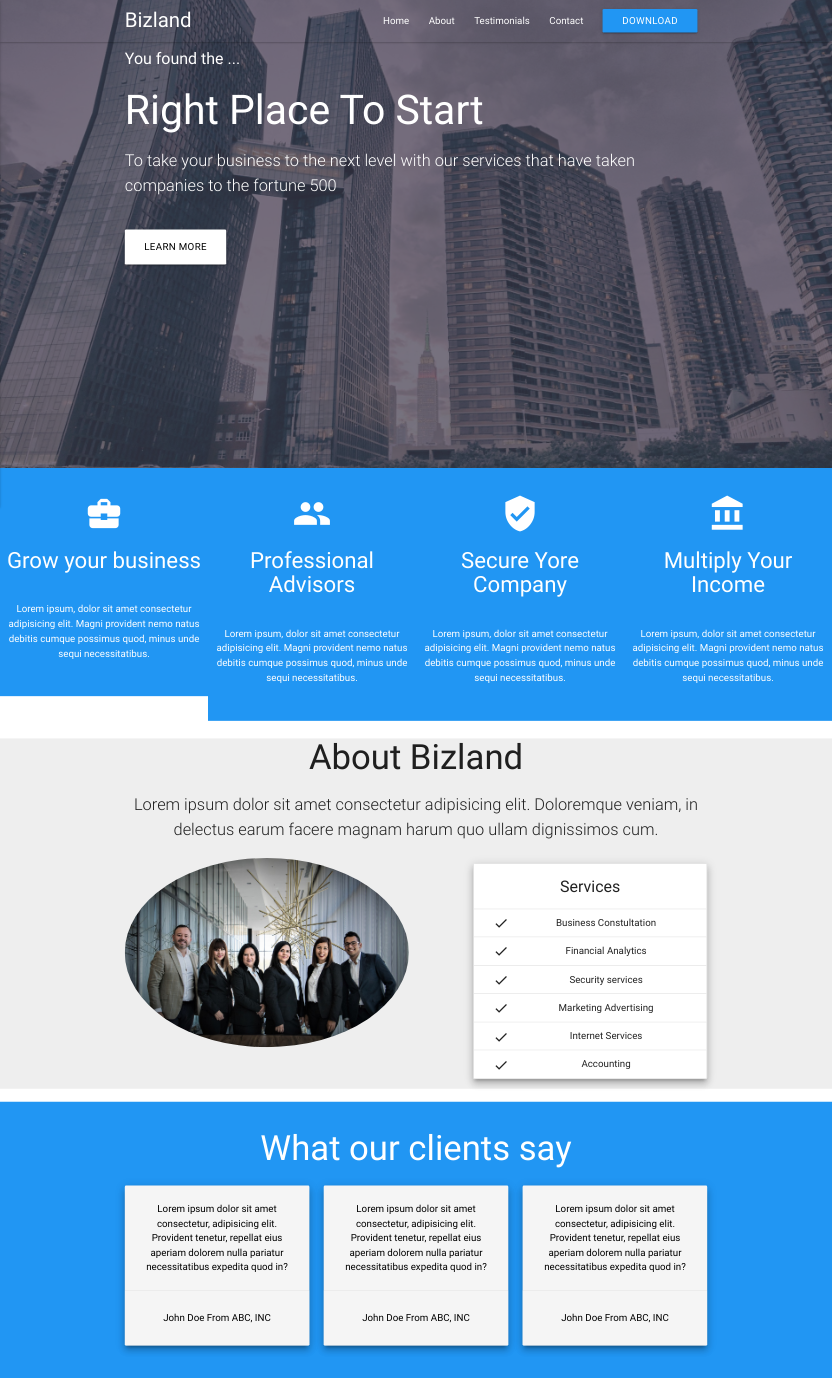
Repository: farrdy/bizland
Page: index.html
An editor plug-in stored every save of this project. The page is shown before and after the next save, followed by the edit.
The browser window is 1280 px wide. The pictures show the whole page, at 65% of full size.
Some web libraries are served in a nearby version.

Above is the page before, as saved 2020-01-05 14:05:46.

### index.html
<!DOCTYPE html>
<html>
  <head>
    <!--Import Google Icon Font-->
    <link
      href="https://fonts.googleapis.com/icon?family=Material+Icons"
      rel="stylesheet"
    />
    <!--Import materialize.css-->
    <link
      type="text/css"
      rel="stylesheet"
      href="css/materialize.min.css"
      media="screen,projection"
    />
    <link type="text/css" rel="stylesheet" href="css/main.css" />
    <!--Let browser know website is optimized for mobile-->
    <meta name="viewport" content="width=device-width, initial-scale=1.0" />
    <title>Bizland Theme</title>
  </head>

  <body>
    <header class="main-header">
      <div class="primary-overlay">
        <div class="navbar-fixed">
          <nav class="transparent">
            <div class="container">
              <div class="nav-wrapper">
                <a href="#home" class="brand-logo">Bizland</a>
                <a href="#" class="button-collapse" data-activates="mobile-nav">
                  <i class="material-icons">menu</i>
                </a>
                <ul class=" right hide-on-med-and-down">
                  <li>
                    <a href="#home">Home</a>
                  </li>
                  <li>
                    <a href="#about">About</a>
                  </li>
                  <li>
                    <a href="#testimonials">Testimonials</a>
                  </li>
                  <li>
                    <a href="#contact">Contact</a>
                  </li>
                  <li>
                    <a href="#" class="btn blue">Download</a>
                  </li>
                </ul>
              </div>
            </div>
          </nav>
        </div>
        <ul class="side-nav" id="mobile-nav">
          <h4 class="blue-grey darken-3  center">
            Bizland
          </h4>
          <li>
            <a href="#" class="devider"></a>
          </li>
          <li>
            <a href="#home">Home</a>
          </li>
          <li>
            <a href="#about">About</a>
          </li>
          <li>
            <a href="#testimonials">Testimonials</a>
          </li>
          <li>
            <a href="#contact">Contact</a>
          </li>
        </ul>

        <!-- showcase -->
        <div class="showcase container">
          <div class="row">
            <div class="col s12 main-text">
              <h5>You found the ...</h5>
              <h1>Right Place To Start</h1>
              <p class="flow-text">
                To take your business to the next level with our services that
                have taken companies to the fortune 500
              </p>
              <br />
              <a href="" class="btn btn-large white black-text">Learn More</a>
              <a href="#about" class="white-text"
                ><i class="material-icons medium scroll-icon">
                  arrow_drop_down_circle
                </i></a
              >
            </div>
          </div>
        </div>
      </div>
    </header>
    <section class="section-boxes center">
      <div class="row">
        <div class="col s12 m6 l3 blue white-text box">
          <i class="material-icons medium">business_center</i>
          <h4>Grow your business</h4>
          <p>
            Lorem ipsum, dolor sit amet consectetur adipisicing elit. Magni
            provident nemo natus debitis cumque possimus quod, minus unde sequi
            necessitatibus.
          </p>
        </div>
        <div class="col s12 m6 l3 blue white-text box">
          <i class="material-icons medium">people</i>
          <h4>Professional Advisors</h4>
          <p>
            Lorem ipsum, dolor sit amet consectetur adipisicing elit. Magni
            provident nemo natus debitis cumque possimus quod, minus unde sequi
            necessitatibus.
          </p>
        </div>
        <div class="col s12 m6 l3 blue white-text box">
          <i class="material-icons medium">verified_user</i>
          <h4>Secure Yore Company</h4>
          <p>
            Lorem ipsum, dolor sit amet consectetur adipisicing elit. Magni
            provident nemo natus debitis cumque possimus quod, minus unde sequi
            necessitatibus.
          </p>
        </div>
        <div class="col s12 m6 l3 blue white-text box">
          <i class="material-icons medium">account_balance</i>
          <h4>Multiply Your Income</h4>
          <p>
            Lorem ipsum, dolor sit amet consectetur adipisicing elit. Magni
            provident nemo natus debitis cumque possimus quod, minus unde sequi
            necessitatibus.
          </p>
        </div>
      </div>
    </section>
    <!-- Section: About -->

    <section class="section-about grey lighten-3 center">
      <div class="container">
        <h2>About Bizland</h2>
        <p class="flow-text">
          Lorem ipsum dolor sit amet consectetur adipisicing elit. Doloremque
          veniam, in delectus earum facere magnam harum quo ullam dignissimos
          cum.
        </p>
        <div class="row">
          <div class="col s12 m6">
            <img src="img/people.jpg" alt="" class="responsive-img circle" />
          </div>
          <div class="col s12 m5 offset-m1">
            <ul class="collection with-header z-depth-4">
              <li class="collection-header">
                <h5>Services</h5>
              </li>
              <li class="collection-item">
                <i class="material-icons left">check</i>
                Business Constultation
              </li>
              <li class="collection-item">
                <i class="material-icons left">check</i>
                Financial Analytics
              </li>
              <li class="collection-item">
                <i class="material-icons left">check</i>
                Security services
              </li>
              <li class="collection-item">
                <i class="material-icons left">check</i>
                Marketing Advertising
              </li>
              <li class="collection-item">
                <i class="material-icons left">check</i>
                Internet Services
              </li>
              <li class="collection-item">
                <i class="material-icons left">check</i>
                Accounting
              </li>
            </ul>
          </div>
        </div>
      </div>
    </section>
    <!-- Section Testimonials -->
    <section class="section section-testimonials blue white-text center">
      <div class="container">
        <h2>What our clients say</h2>
        <div class="row">
          <div class="col s12 m4">
            <div class="card grey lighten-4 black-text z-depth-4">
              <div class="card-content">
                <p>
                  Lorem ipsum dolor sit amet consectetur, adipisicing elit.
                  Provident tenetur, repellat eius aperiam dolorem nulla
                  pariatur necessitatibus expedita quod in?
                </p>
              </div>
              <div class="card-action">
                <p>John Doe From ABC, INC</p>
              </div>
            </div>
          </div>
          <div class="col s12 m4">
            <div class="card grey lighten-4 black-text z-depth-4">
              <div class="card-content">
                <p>
                  Lorem ipsum dolor sit amet consectetur, adipisicing elit.
                  Provident tenetur, repellat eius aperiam dolorem nulla
                  pariatur necessitatibus expedita quod in?
                </p>
              </div>
              <div class="card-action">
                <p>John Doe From ABC, INC</p>
              </div>
            </div>
          </div>
          <div class="col s12 m4">
            <div class="card grey lighten-4 black-text z-depth-4">
              <div class="card-content">
                <p>
                  Lorem ipsum dolor sit amet consectetur, adipisicing elit.
                  Provident tenetur, repellat eius aperiam dolorem nulla
                  pariatur necessitatibus expedita quod in?
                </p>
              </div>
              <div class="card-action">
                <p>John Doe From ABC, INC</p>
              </div>
            </div>
          </div>
        </div>
      </div>
    </section>

    <!--Import jQuery before materialize.js-->
    <script
      type="text/javascript"
      src="https://code.jquery.com/jquery-3.2.1.min.js"
    ></script>
    <script type="text/javascript" src="js/materialize.min.js"></script>
    <script>
      $(document).ready(function() {
        $(".button-collapse").sideNav();

        //scrollfire
        const options = [
          {
            selector: ".main-text",
            offset: 0,
            callback: function(el) {
              Materialize.fadeInImage($(el));
            }
          }
        ];

        Materialize.scrollFire(options);
      });
    </script>
  </body>
</html>

### css/main.css
.primary-overlay {
  background: rgba(63, 57, 77, 0.7);
  position: absolute;
  top: 0;
  left: 0;
  width: 100%;
  height: 100%;
  overflow: hidden;
}

.main-header {
  background: url(../img/showcase.jpg);
  background-size: cover;
  background-position: center;
  height: 100vh;
  min-height: 600px;
  color: #fff;
  position: relative;
}

.main-hedare .showcase {
  padding-top: 110px;
}

.scroll-icon {
  position: absolute;
  bottom: 5%;
  left: 47%;
  opacity: 0.5%;
}

.box {
  padding: 40px 10px !important;
}

.box h4 {
  padding-bottom: 30px;
}

.section-boxes .row {
  margin-bottom: 0 !important;
}

@media (max-width: 600px) {
  .main-header {
    height: 50vh;
  }
}

Loaded but not shown: css/materialize.min.css (library); js/materialize.min.js (library)

After the next save:
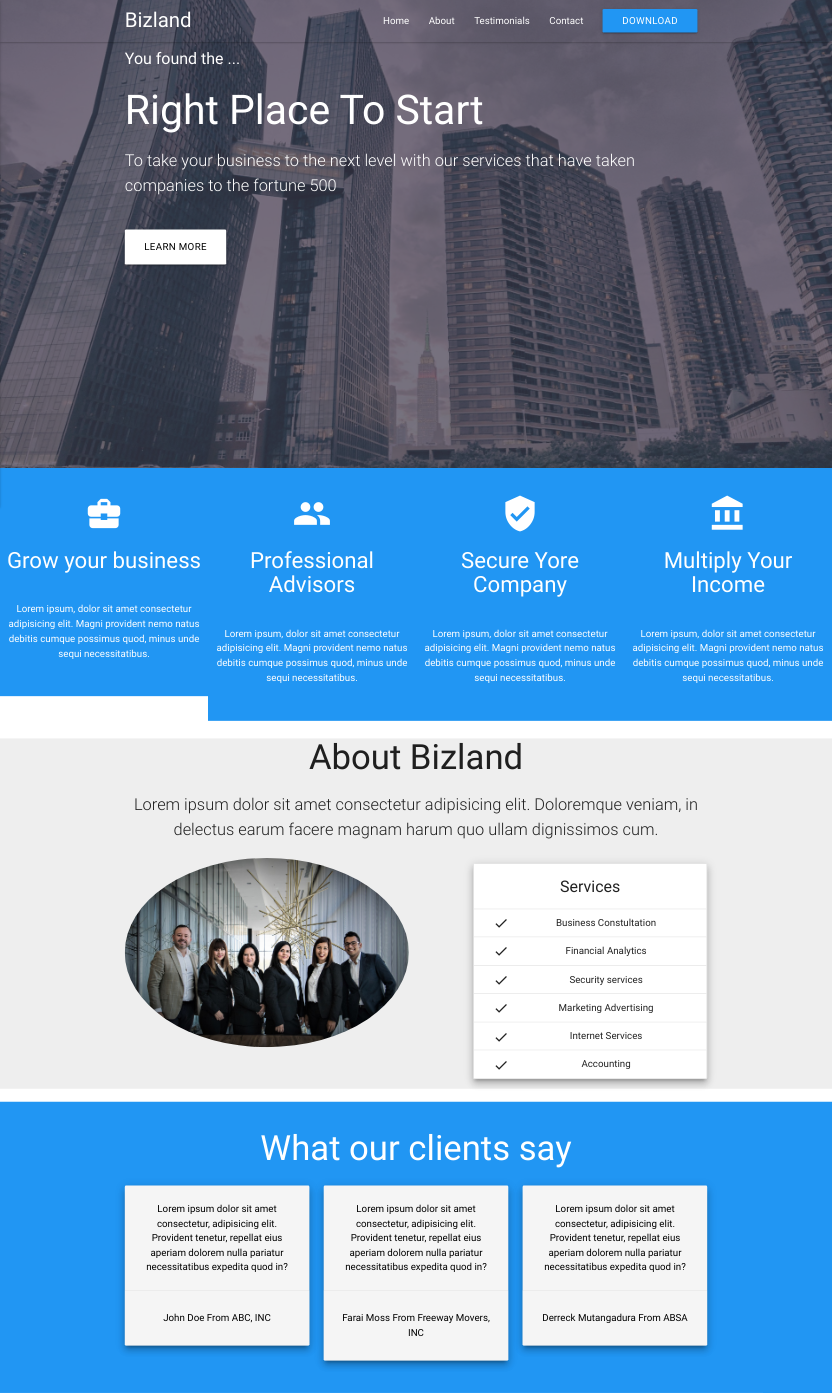
Saved 107 s later.
--- a/index.html
+++ b/index.html
@@ -211,7 +211,7 @@
                 </p>
               </div>
               <div class="card-action">
-                <p>John Doe From ABC, INC</p>
+                <p>Farai Moss From Freeway Movers, INC</p>
               </div>
             </div>
           </div>
@@ -225,7 +225,7 @@
                 </p>
               </div>
               <div class="card-action">
-                <p>John Doe From ABC, INC</p>
+                <p>Derreck Mutangadura From ABSA</p>
               </div>
             </div>
           </div>
